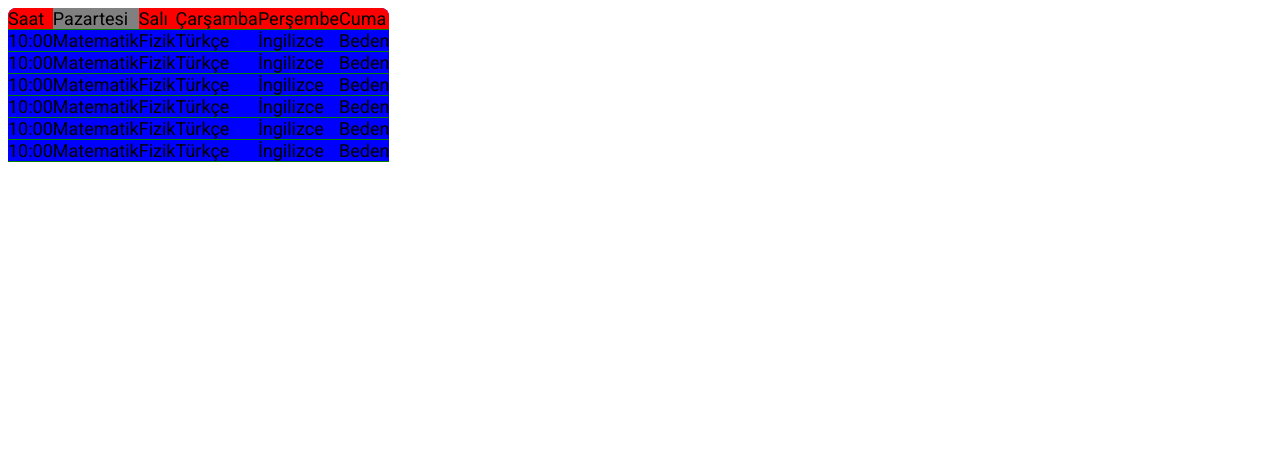
Repository: ahmetbugraozcan/css-ders-programi
Page: deneme2.html
The author's editor kept a copy of each file at every save. The page is drawn from the files as they stood at one save, then again after the next save.
The browser window is 1280 px wide. The pictures show the whole page.

Above is the page before, as saved 2021-07-10 19:31:29.

### deneme2.html
<!DOCTYPE html>
<html>

<head>
    <link href='http://fonts.googleapis.com/css?family=Roboto' rel='stylesheet' type='text/css'>
    <style>
        * {
            box-sizing: border-box;
        }

        body {
            font-family: 'Roboto', sans-serif;
            font-size: 18px;

        }

        .head {
            background-color: red;
        }
        .row {
            width: fit-content;
            border-radius: 8px 8px 0 0;
            overflow: hidden;
            display: flex;
            flex-direction: row;
            background-color: blue;
        }

        .row>div>div {

            border-bottom: 1px solid green;
        }
            /
        .row>div>div,
        .head {
            padding: 1px;
        }
    </style>
</head>

<body>
    <div class="row">
        <div>
            <div class="head"> Saat</div>
            <div>10:00</div>
            <div>10:00</div>
            <div>10:00</div>
            <div>10:00</div>
            <div>10:00</div>
            <div>10:00</div>
        </div>
        <div>
            <div class="head" style="background-color: grey;"> Pazartesi</div>
            <div>Matematik</div>
            <div>Matematik</div>
            <div>Matematik</div>
            <div>Matematik</div>
            <div>Matematik</div>
            <div>Matematik</div>
        </div>
        <div>
            <div class="head">Salı</div>
            <div>Fizik</div>
            <div>Fizik</div>
            <div>Fizik</div>
            <div>Fizik</div>
            <div>Fizik</div>
            <div>Fizik</div>
        </div>
        <div>
            <div class="head">Çarşamba</div>
            <div>Türkçe</div>
            <div>Türkçe</div>
            <div>Türkçe</div>
            <div>Türkçe</div>
            <div>Türkçe</div>
            <div>Türkçe</div>

        </div>
        <div>
            <div class="head">Perşembe</div>
            <div>İngilizce</div>
            <div>İngilizce</div>
            <div>İngilizce</div>
            <div>İngilizce</div>
            <div>İngilizce</div>
            <div>İngilizce</div>
        </div>
        <div>
            <div class="head">Cuma</div>
            <div>Beden</div>
            <div>Beden</div>
            <div>Beden</div>
            <div>Beden</div>
            <div>Beden</div>
            <div>Beden</div>

        </div>
    </div>

</body>

</html>

After the next save:
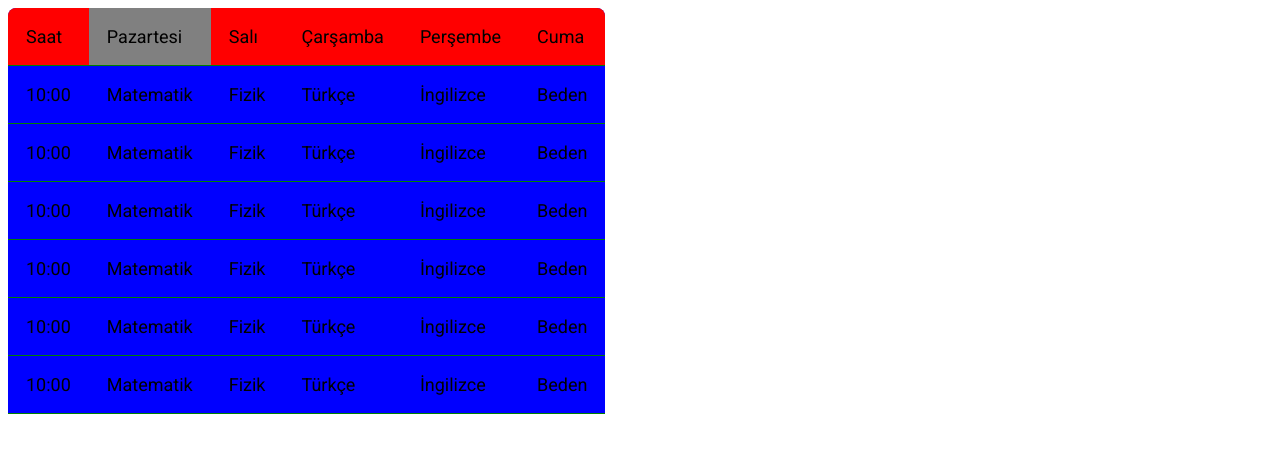
Saved 5 s later.
--- a/deneme2.html
+++ b/deneme2.html
@@ -30,10 +30,12 @@
 
             border-bottom: 1px solid green;
         }
-            /
+            /* .row>div{
+                width: 100%;
+            } */
         .row>div>div,
         .head {
-            padding: 1px;
+            padding: 18px;
         }
     </style>
 </head>
